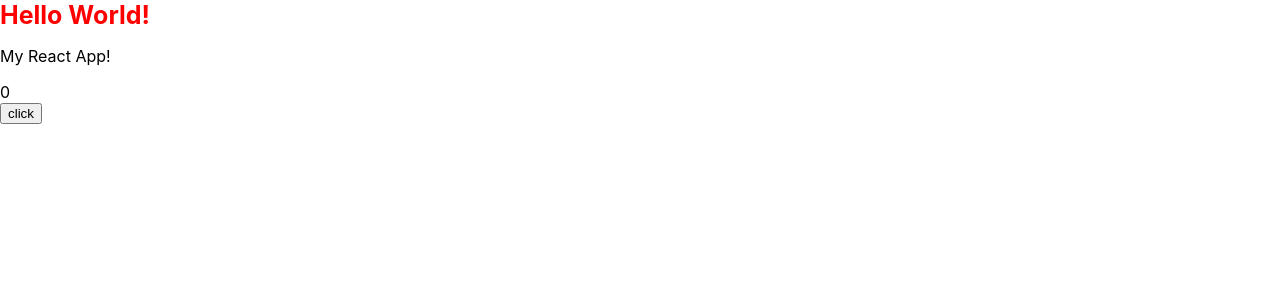
Repository: ruslan-horaiskyi/weatherApp
Page: /
These files come from the project's save history. The page is drawn as it stood at one moment and after the next save; the edit follows.
The browser window is 1280 px wide. The pictures show the whole page.
The project was rebuilt for these pictures with package versions that can differ from the ones it lists, and the page was loaded fresh each time. Also part of the build but not shown: src/components/Button/Button.css, src/components/Button/Button.jsx.

Above is the page before, as saved 2023-04-20 16:46:47.

### src/App.jsx
import "./App.css";
import  Button  from './components/Button/Button';
import { Counter } from './components/Counter/Counter';

const App = () => {
  console.log("App component");

  return (
    <>
      <div className="custom-h1">Hello World!</div>
      <p>My React App!</p>
      {/* <Button title={'New Button Title'}>13243242</Button> */}
      {/* <Button title={'New Button Title2'} /> */}
      {/* <Button title={'New Button Title3'} /> */}
      {/* <Button /> */}
      <Counter />
    </>
  );
};

export default App;

### src/App.css
.custom-h1 {
  color: red;
  font-size: 25px;
  font-weight: bold;
}

### src/components/Counter/Counter.jsx
import { useState } from "react";

export const Counter = () => {
  console.log("render Counter");
  const [counter, setCounter] = useState(0);

  return (
    <>
      <div>{counter}</div>
      <button
        onClick={() => {
          setCounter((prevValue) => prevValue + 1);
        }}
      >
        click
      </button>
    </>
  );
};

Loaded but not shown: public/index.html (common file); src/index.js (common file); src/index.css (common file)

After the next save:
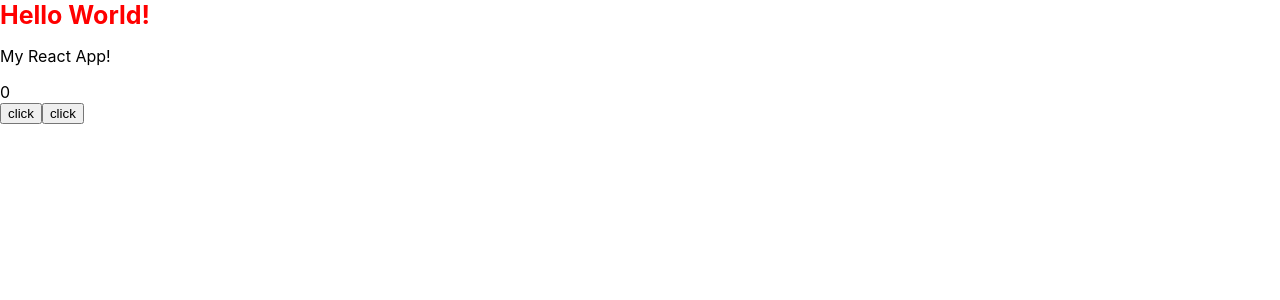
Saved 11 s later.
--- a/src/components/Counter/Counter.jsx
+++ b/src/components/Counter/Counter.jsx
@@ -14,6 +14,13 @@ export const Counter = () => {
       >
         click
       </button>
+      <button
+        onClick={() => {
+          setCounter((prevValue) => prevValue - 1);
+        }}
+      >
+        click
+      </button>
     </>
   );
 };
